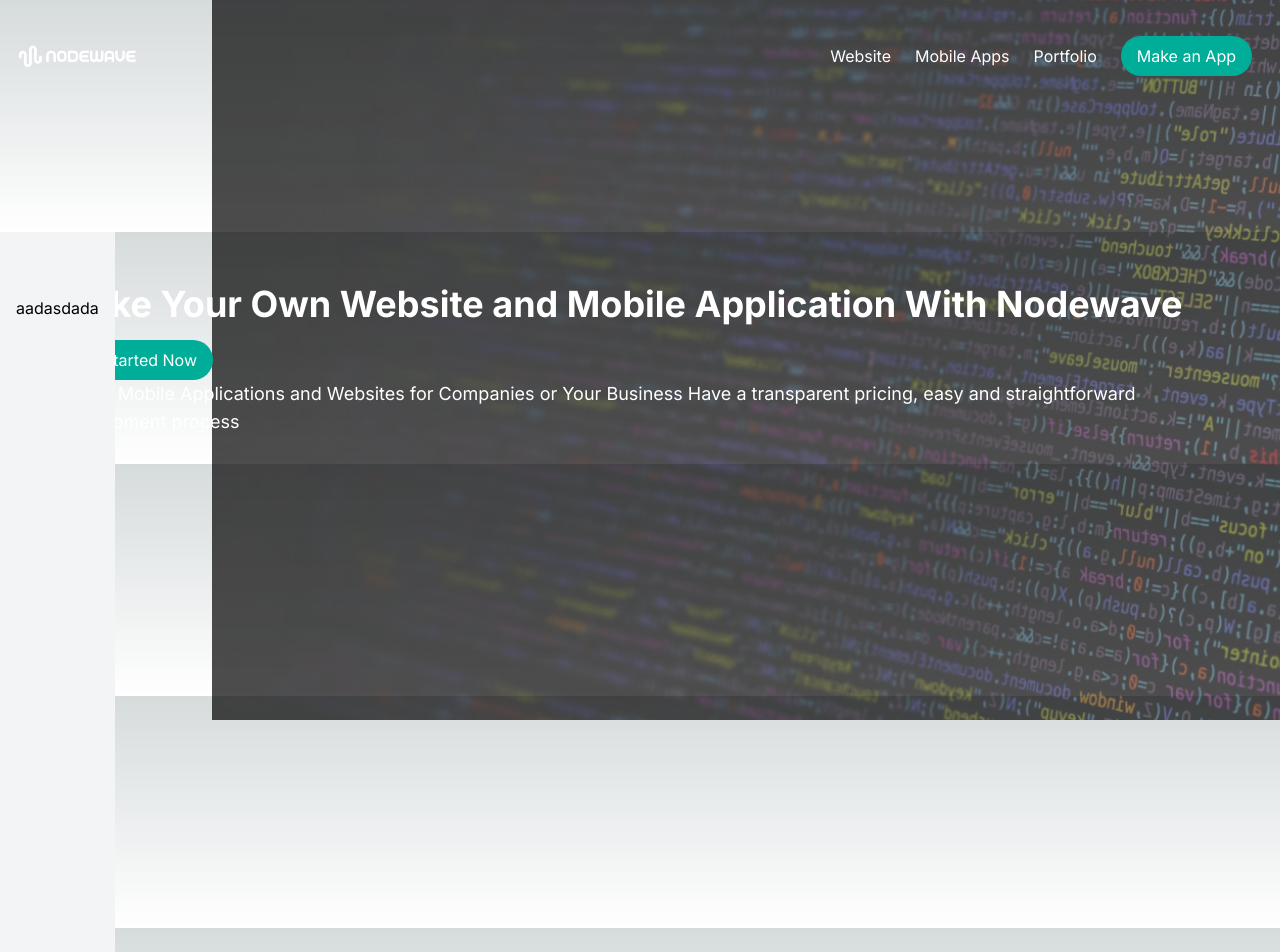
Repository: farrelmuhammad/nodewave
Page: /
These files come from the project's save history. The page is drawn as it stood at one moment and after the next save; the edit follows.
The browser window is 1280 px wide. The pictures show the whole page.
The project was rebuilt for these pictures with package versions that can differ from the ones it lists, and the page was loaded fresh each time. The framework's server and built-in components were replaced by stand-ins that run in the browser. Also part of the build but not shown: next.config.js.

Above is the page before, as saved 2023-09-08 13:46:08.

### src/app/page.js
import Hero from '@/components/Hero'
import Navbar from '@/components/Navbar'
import Product from '@/components/Product'

export default function Home() {
  return (
    <>
      <Navbar />
      <Hero />
      <Product />
    </>
  )
}

### src/app/globals.css
@tailwind base;
@tailwind components;
@tailwind utilities;

@import url('https://fonts.googleapis.com/css2?family=Poppins:wght@300;400;500;600;700&display=swap');

:root {
  --foreground-rgb: 0, 0, 0;
  --background-start-rgb: 214, 219, 220;
  --background-end-rgb: 255, 255, 255;
  font-family: 'Poppins', sans-serif;
}

@media (prefers-color-scheme: dark) {
  :root {
    --foreground-rgb: 255, 255, 255;
    --background-start-rgb: 0, 0, 0;
    --background-end-rgb: 0, 0, 0;
  }
}

body {
  color: rgb(var(--foreground-rgb));
  background: linear-gradient(
      to bottom,
      transparent,
      rgb(var(--background-end-rgb))
    )
    rgb(var(--background-start-rgb));
}

@media only screen and (max-width: 768px) {
  .hero .hero-image,
  .hero .hero-caption {
    min-height: 90vh;
  }
  .hero .hero-cta {
    @apply w-12 h-12;
    transform: translateX(-75px) translateY(-50%);
    background-size: 37.5%;
  }
}

### src/components/Hero.jsx
import React from "react";
import Image from "next/image";

const Hero = () => {
  return (
    <section className="flex h-full items-center justify-between p-24 mb-10">
      <div
        className="absolute inset-0 bg-cover bg-center max-w-screen h-auto top-[-89px] left-[212px] bg-opacity-50 bg-black"
        style={{
          backgroundImage: 'url("/assets/background.png")',
        }}
      ></div>

      <div className="absolute inset-0 flex items-center justify-start px-14">
        <div className="text-white">
          <h1 className="text-4xl font-bold mb-4">
            Make Your Own Website and Mobile Application With Nodewave
          </h1>
          <button class="px-4 py-2 bg-[#00AD98] rounded-full">
            <a
              href="#"
              class="text-black md:text-white hover:underline whitespace-nowrap overflow-ellipsis"
            >
              Get Started Now
            </a>
          </button>
          <p className="text-lg">
            Create Mobile Applications and Websites for Companies or Your
            Business Have a transparent pricing, easy and straightforward
            development process
          </p>
        </div>
      </div>
    </section>
  );
};

export default Hero;

### src/components/Navbar.jsx
import React from "react";
import Image from "next/image";

const Navbar = () => {
  return (
    <header class="absolute w-full z-50 px-4">
      <div class="container mx-auto py-5">
        <div class="flex flex-stretch items-center">
          <div class="w-56 items-center flex">
            <Image src="/assets/Logo.png" width={226} height={100} alt="Nodewave" />
          </div>
          <div class="w-full"></div>
          <div class="w-auto py-4">
            <ul
              class="fixed bg-white inset-0 flex flex-col invisible items-center justify-center opacity-0 md:visible md:flex-row md:bg-transparent md:relative md:opacity-100 md:flex md:items-center"
              id="menu"
            >
              <li class="mx-3 py-6 md:py-0">
                <a href="#" class="text-black md:text-white hover:underline">
                  Website
                </a>
              </li>
              <li class="mx-3 py-6 md:py-0">
                <a
                  href="#"
                  class="text-black md:text-white hover:underline whitespace-nowrap overflow-ellipsis"
                >
                  Mobile Apps
                </a>
              </li>
              <li class="mx-3 py-6 md:py-0">
                <a href="#" class="text-black md:text-white hover:underline">
                  Portfolio
                </a>
              </li>
              <li class="mx-3 py-6 md:py-0">
                <button class="px-4 py-2 bg-[#00AD98] rounded-full">
                  <a
                    href="#"
                    class="text-black md:text-white hover:underline whitespace-nowrap overflow-ellipsis"
                  >
                    Make an App
                  </a>
                </button>
              </li>
            </ul>
          </div>
          <div class="w-auto">
            <ul class="items-center flex">
              <li class="ml-6 block md:hidden">
                <button
                  id="menu-toggler"
                  class="relative flex z-50 items-center justify-center w-8 h-8 text-black md:text-white focus:outline-none"
                >
                  <svg
                    class="fill-current"
                    width="18"
                    height="17"
                    viewBox="0 0 18 17"
                  >
                    <path d="M15.9773 0.461304H1.04219C0.466585 0.461304 0 0.790267 0 1.19609C0 1.60192 0.466668 1.93088 1.04219 1.93088H15.9773C16.5529 1.93088 17.0195 1.60192 17.0195 1.19609C17.0195 0.790208 16.5529 0.461304 15.9773 0.461304Z" />
                    <path d="M15.9773 7.68802H1.04219C0.466585 7.68802 0 8.01698 0 8.42281C0 8.82864 0.466668 9.1576 1.04219 9.1576H15.9773C16.5529 9.1576 17.0195 8.82864 17.0195 8.42281C17.0195 8.01692 16.5529 7.68802 15.9773 7.68802Z" />
                    <path d="M15.9773 14.9147H1.04219C0.466585 14.9147 0 15.2437 0 15.6495C0 16.0553 0.466668 16.3843 1.04219 16.3843H15.9773C16.5529 16.3843 17.0195 16.0553 17.0195 15.6495C17.0195 15.2436 16.5529 14.9147 15.9773 14.9147Z" />
                  </svg>
                </button>
              </li>
            </ul>
          </div>
        </div>
      </div>
    </header>
  );
};

export default Navbar;

### src/components/Product.jsx
import React from "react";

const Product = () => {
  return (
    <section class="absolute h-full flex bg-gray-100 py-16 px-4">aadasdada</section>
  );
};

export default Product;

Loaded but not shown: src/app/layout.js (common file); tailwind.config.js (common file)

After the next save:
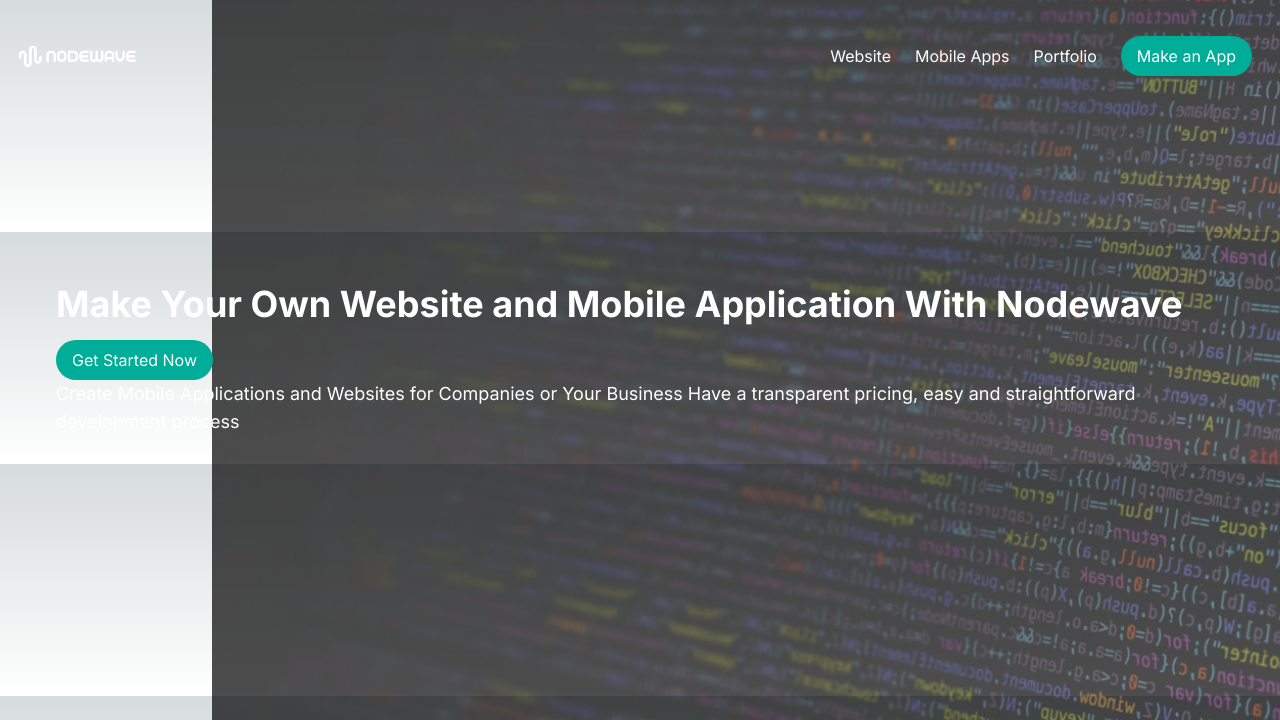
Saved 24 s later.
--- a/src/app/page.js
+++ b/src/app/page.js
@@ -1,13 +1,13 @@
 import Hero from '@/components/Hero'
 import Navbar from '@/components/Navbar'
-import Product from '@/components/Product'
+// import Product from '@/components/Product'
 
 export default function Home() {
   return (
     <>
       <Navbar />
       <Hero />
-      <Product />
+      {/* <Product /> */}
     </>
   )
 }
